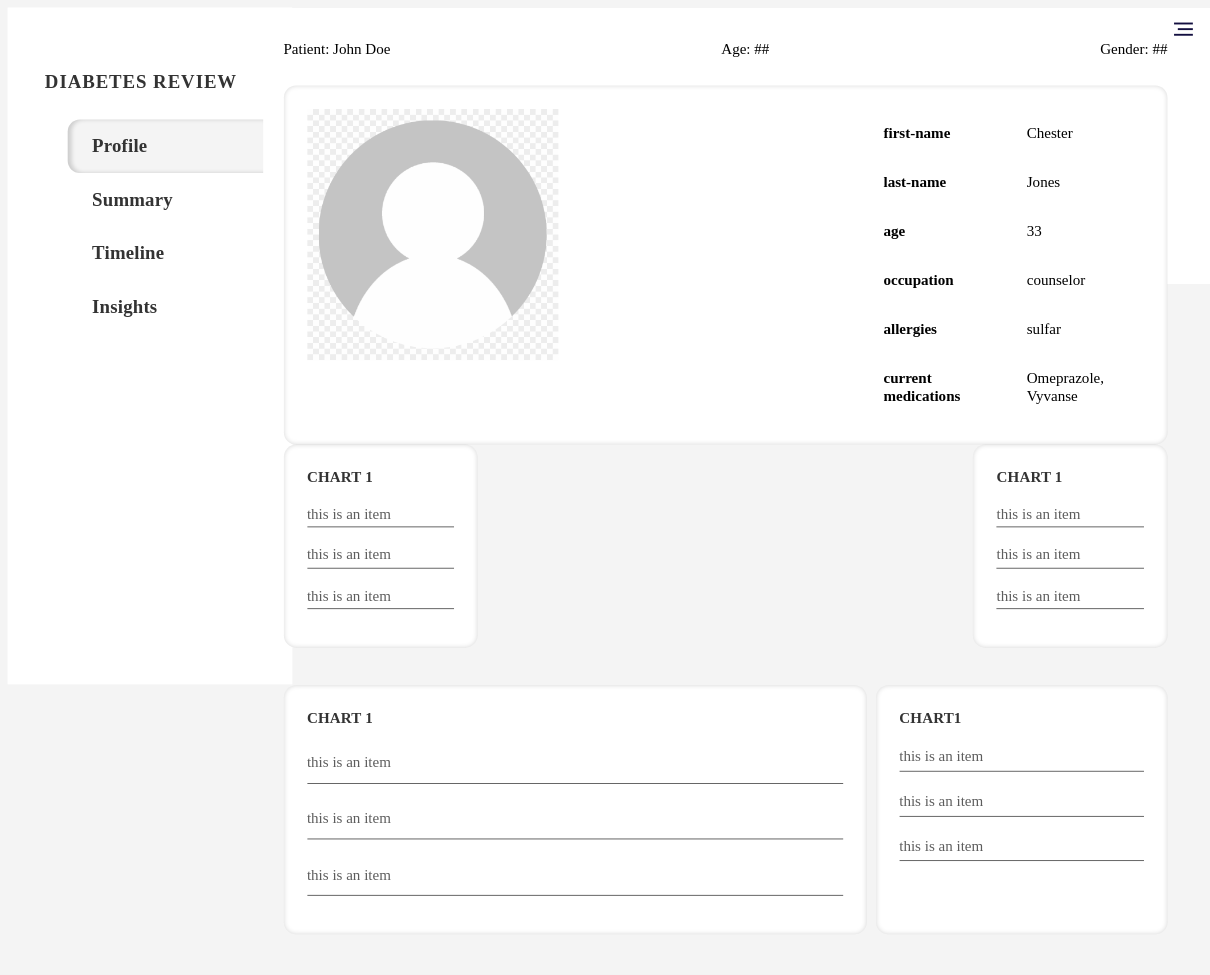
Repository: ariellecerini/clinical-reasoning
Page: /
The author's editor kept a copy of each file at every save. The page is drawn from the files as they stood at one save, then again after a run of saves.
The browser window is 1280 px wide. The page is 1287 px wide, so the pictures cover 1287 px, including what lies to the right of the window. The pictures show the whole page, at 94% of full size.
The project was rebuilt for these pictures with package versions that can differ from the ones it lists, and the page was loaded fresh each time.

Above is the page before, as saved 2021-07-18 23:19:22.

After the next 2 saves:
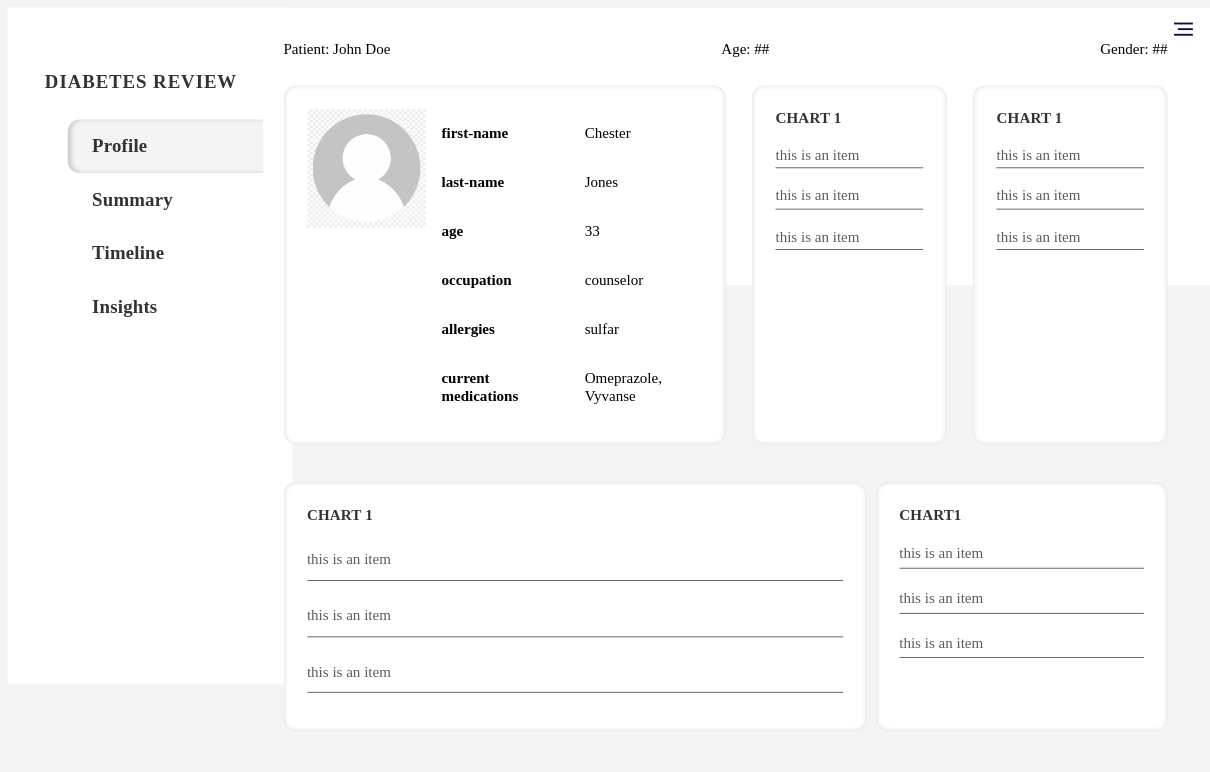
The 2 saves are shown as one change because 1 did not build or start.
The last was saved 2 min 37 s later.
--- a/src/App.vue
+++ b/src/App.vue
@@ -89,7 +89,9 @@ export default {
     padding: 35px 30px 35px 0;
 
 }
-
+.two-col{
+  width:50%;
+}
 .three-col{
     width: 33%;
 }
